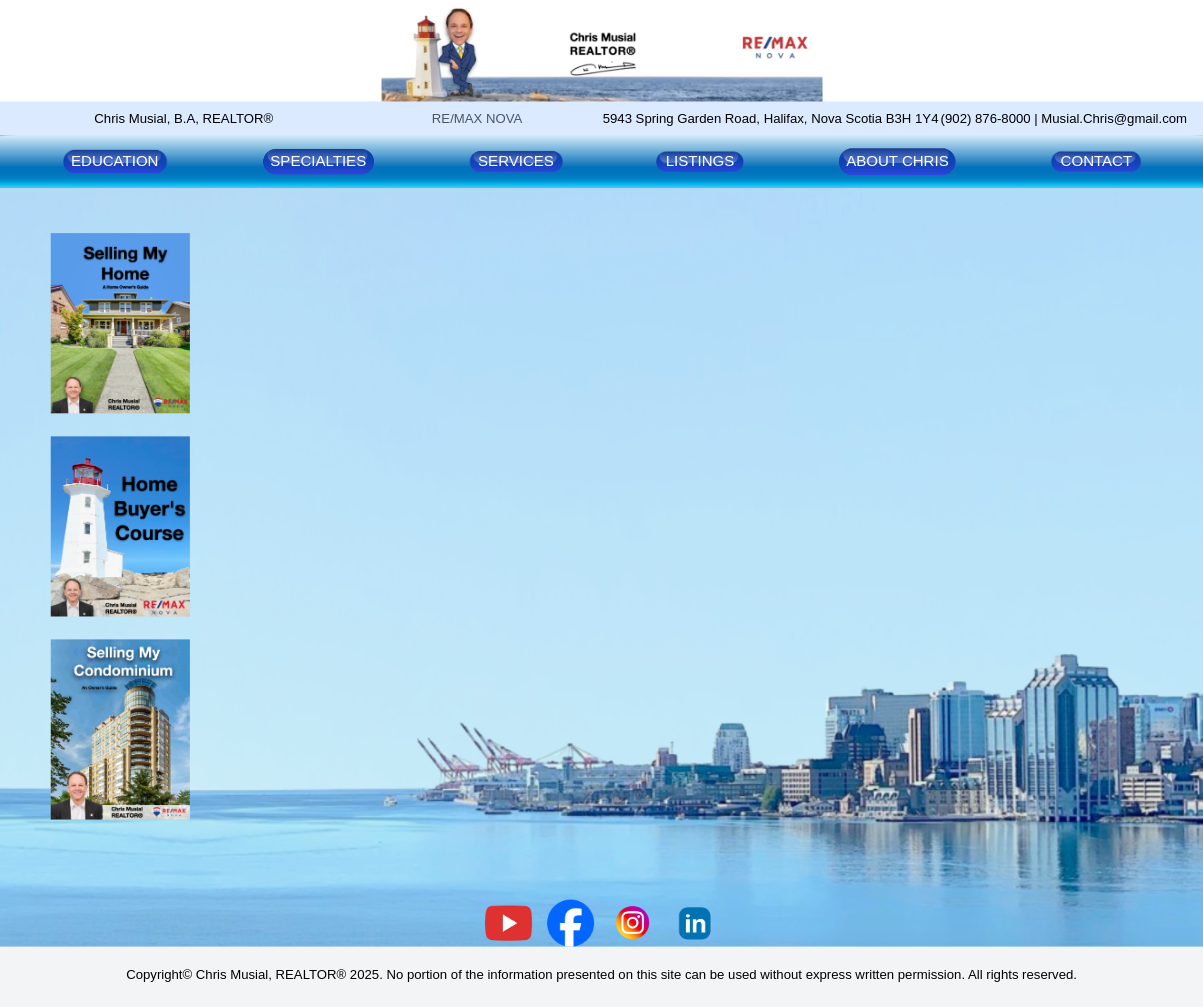
Repository: TMuse333/father-website
Page: / (app in frontend/)
An editor plug-in stored every save of this project. The page is shown before and after the next save, followed by the edit.
The browser window is 1280 px wide. The pictures show the whole page, at 94% of full size.
The project was rebuilt for these pictures with package versions that can differ from the ones it lists, and the page was loaded fresh each time. The framework's server and built-in components were replaced by stand-ins that run in the browser. Also part of the build but not shown: frontend/next.config.ts.

Above is the page before, as saved 2025-05-24 16:11:56.

After the next save:
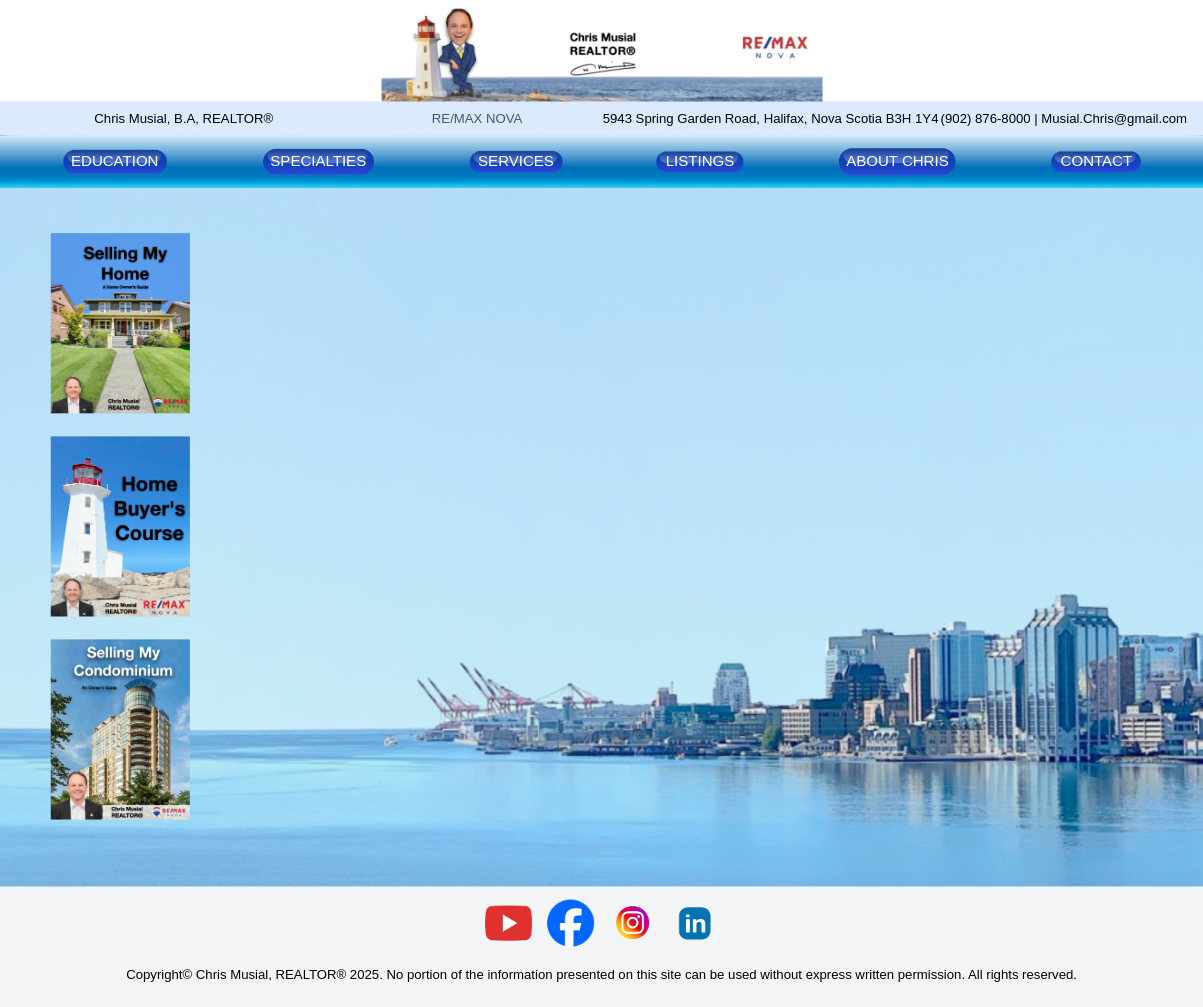
Saved 4 s later.
--- a/frontend/src/components/homepage/homepage.tsx
+++ b/frontend/src/components/homepage/homepage.tsx
@@ -42,7 +42,7 @@
         src="/portrait.png"
         alt="Cityscape Background"
         fill
-        className="object-cover z-0 object-[0_110%]"
+        className="object-cover z-0 object-[0_120%]"
         priority
         // style={{ objectPosition: "0 100%" }}
       />
